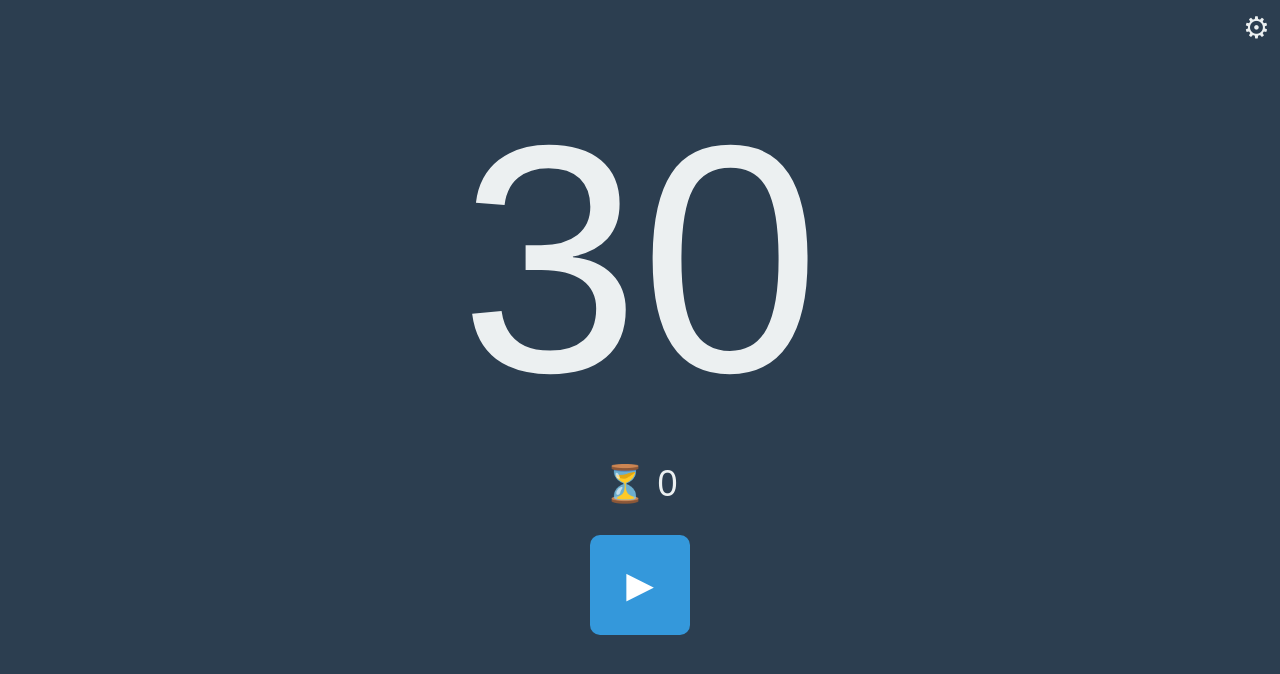
Repository: STnaidoo/poker-shot-clock
Page: index.html
The author's editor kept a copy of each file at every save. The page is drawn from the files as they stood at one save, then again after the next save.
The browser window is 1280 px wide. The pictures show the whole page.

Above is the page before, as saved 2024-10-31 16:23:21.

### index.html
<!DOCTYPE html>
<html>
<head>
    <title>Poker Shot Clock</title>
    <style>
        body {
            position: relative;
            font-family: Arial, sans-serif;
            display: flex;
            flex-direction: column;
            justify-content: center;
            align-items: center;
            background-color: #2c3e50;
            color: #ecf0f1;
            margin: 0;
            padding: 0;
            transition: background-color 0.5s;
            text-align: center;
            height: 100vh;
        }

        #settingsIcon {
            position: absolute;
            top: 10px;
            right: 10px;
            font-size: 30px;
            cursor: pointer;
        }

        #timerContainer {
            position: relative;
            cursor: pointer;
            user-select: none;
            padding: 20px;
            border-radius: 15px;
            border: 2px solid transparent;
            transition: border-color 0.3s, background-color 0.3s;
            display: inline-block;
        }

        #timerContainer:hover {
            border-color: #f1c40f;
            background-color: rgba(241, 196, 15, 0.1);
        }

        #timer {
            font-size: 45vh; /* Increased font size */
            line-height: 1;
            margin: 0;
            color: #ecf0f1;
            transition: color 0.3s;
        }

        #restartHint {
            position: absolute;
            bottom: -40px;
            left: 50%;
            transform: translateX(-50%);
            font-size: 3vh;
            color: #bdc3c7;
            display: none;
        }

        #timerContainer:hover #timer {
            color: #f1c40f;
        }

        #timerContainer:hover #restartHint {
            display: block;
        }

        #timeBanks {
            font-size: 5vh;
            margin-top: 20px;
            display: flex;
            align-items: center;
            justify-content: center;
        }

        #timeBanksIcon {
            font-size: 5vh;
            margin-right: 10px;
        }

        #buttons {
            margin-top: 20px;
            display: flex;
            justify-content: center;
        }

        .button {
            font-size: 5vh;
            width: 100px;
            height: 100px;
            margin: 10px;
            background-color: #3498db;
            border: none;
            color: #fff;
            cursor: pointer;
            border-radius: 10px;
            display: flex;
            align-items: center;
            justify-content: center;
        }

        .button:active {
            background-color: #2980b9;
        }
    </style>
</head>
<body>

    <div id="settingsIcon">⚙</div>

    <div id="timerContainer">
        <div id="timer">30</div>
        <div id="restartHint">Tap to Restart</div>
    </div>

    <div id="timeBanks">
        <div id="timeBanksIcon">⏳</div>
        <div id="timeBanksText">0</div>
    </div>

    <div id="buttons">
        <button id="toggleButton" class="button">▶</button>
    </div>

    <script>
        var timerDisplay = document.getElementById('timer');
        var timeBanksText = document.getElementById('timeBanksText');
        var toggleButton = document.getElementById('toggleButton');
        var settingsIcon = document.getElementById('settingsIcon');
        var restartHint = document.getElementById('restartHint');
        var timerContainer = document.getElementById('timerContainer');

        var timeLeft;
        var initialTime;
        var timerId;
        var isRunning = false;
        var timeBanksOwed = 0;

        // Load the timer duration from localStorage or use default
        if (localStorage.getItem('timerDuration')) {
            initialTime = parseInt(localStorage.getItem('timerDuration'));
        } else {
            initialTime = 30; // default value
        }
        timeLeft = initialTime;
        timerDisplay.textContent = timeLeft;

        toggleButton.addEventListener('click', function() {
            if (!isRunning) {
                timerId = setInterval(countdown, 1000);
                isRunning = true;
                toggleButton.textContent = '⏸';
            } else {
                clearInterval(timerId);
                document.body.style.backgroundColor = '#2c3e50'; // Reset background color
                isRunning = false;
                toggleButton.textContent = '▶';
            }
        });

        timerContainer.addEventListener('click', resetTimer);

        settingsIcon.addEventListener('click', function() {
            window.location.href = 'settings.html';
        });

        function countdown() {
            // Decrement timeLeft
            timeLeft--;

            if (timeLeft >= 0) {
                timerDisplay.textContent = timeLeft;
            }

            if (timeLeft <= 5 && timeLeft >= 0) {
                // Flash red on the second
                document.body.style.backgroundColor = '#e74c3c'; // Flash red
                playTick();

                // Return to original color after half a second
                setTimeout(function() {
                    document.body.style.backgroundColor = '#2c3e50'; // Original color
                }, 500);
            } else {
                // Ensure background color is set to default if not flashing
                document.body.style.backgroundColor = '#2c3e50';
            }

            if (timeLeft < 0) {
                // Time has expired
                timeBanksOwed++;
                updateTimeBanksDisplay();
                playBeep();

                // Reset timer
                timeLeft = initialTime;
                timerDisplay.textContent = timeLeft;
                document.body.style.backgroundColor = '#2c3e50';
            }
        }

        function playBeep() {
            var context = new (window.AudioContext || window.webkitAudioContext)();
            var oscillator = context.createOscillator();
            var gainNode = context.createGain();

            oscillator.type = "triangle";
            oscillator.frequency.setValueAtTime(260, context.currentTime); // Slightly higher frequency

            gainNode.gain.setValueAtTime(1, context.currentTime);
            gainNode.gain.exponentialRampToValueAtTime(0.001, context.currentTime + 0.5); // Smooth fade out

            oscillator.connect(gainNode);
            gainNode.connect(context.destination);

            oscillator.start();
            oscillator.stop(context.currentTime + 0.5); // Longer duration
        }

        function playTick() {
            var context = new (window.AudioContext || window.webkitAudioContext)();
            var oscillator = context.createOscillator();
            oscillator.type = "square";
            oscillator.frequency.setValueAtTime(880, context.currentTime); // Higher frequency for tick
            oscillator.connect(context.destination);
            oscillator.start();
            oscillator.stop(context.currentTime + 0.05); // Tick duration in seconds
        }

        function playRestartSound() {
            var context = new (window.AudioContext || window.webkitAudioContext)();

            // Create a buffer with white noise
            var bufferSize = context.sampleRate * 0.03; // 30ms duration
            var buffer = context.createBuffer(1, bufferSize, context.sampleRate);
            var data = buffer.getChannelData(0);

            for (var i = 0; i < bufferSize; i++) {
                data[i] = (Math.random() * 2 - 1) * Math.pow(1 - i / bufferSize, 2); // Exponential decay
            }

            // First noise burst
            var noise1 = context.createBufferSource();
            noise1.buffer = buffer;
            noise1.connect(context.destination);
            noise1.start(context.currentTime);

            // Second noise burst, shortly after the first
            var noise2 = context.createBufferSource();
            noise2.buffer = buffer;
            noise2.connect(context.destination);
            noise2.start(context.currentTime + 0.2); // 200 milliseconds later
        }

        function resetTimer() {
            clearInterval(timerId);
            timeLeft = initialTime;
            timerDisplay.textContent = timeLeft;
            document.body.style.backgroundColor = '#2c3e50'; // Reset background color
            playRestartSound(); // Play restart sound
            isRunning = true;
            timerId = setInterval(countdown, 1000);
            toggleButton.textContent = '⏸';

            // Reset time banks owed to zero
            timeBanksOwed = 0;
            updateTimeBanksDisplay();
        }

        function updateTimeBanksDisplay() {
            timeBanksText.textContent = timeBanksOwed;
        }
    </script>

</body>
</html>

After the next save:
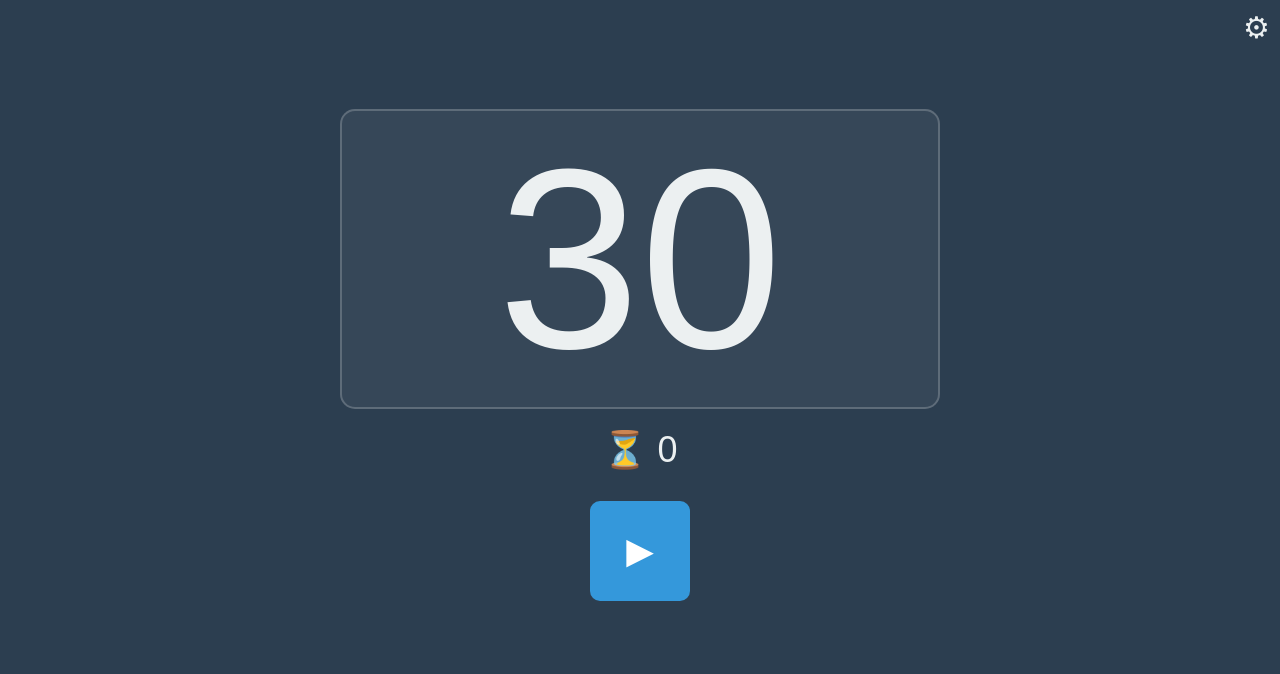
Saved 3 min 32 s later.
--- a/index.html
+++ b/index.html
@@ -33,40 +33,38 @@
             user-select: none;
             padding: 20px;
             border-radius: 15px;
-            border: 2px solid transparent;
+            border: 2px solid rgba(255, 255, 255, 0.2); /* Subtle border always visible */
+            background-color: rgba(255, 255, 255, 0.05); /* Subtle background color always visible */
             transition: border-color 0.3s, background-color 0.3s;
-            display: inline-block;
+            display: flex;
+            align-items: center;
+            justify-content: center;
+            width: 50%;
+            max-width: 600px;
+            min-width: 300px;
+            box-sizing: border-box;
         }
 
         #timerContainer:hover {
-            border-color: #f1c40f;
-            background-color: rgba(241, 196, 15, 0.1);
+            border-color: #f1c40f; /* Highlight border on hover */
+            background-color: rgba(241, 196, 15, 0.1); /* Subtle background highlight on hover */
         }
 
         #timer {
-            font-size: 45vh; /* Increased font size */
+            font-size: 20vw;
             line-height: 1;
             margin: 0;
             color: #ecf0f1;
             transition: color 0.3s;
-        }
-
-        #restartHint {
-            position: absolute;
-            bottom: -40px;
-            left: 50%;
-            transform: translateX(-50%);
-            font-size: 3vh;
-            color: #bdc3c7;
-            display: none;
+            text-align: center;
+            max-width: 100%;
+            overflow: hidden;
+            white-space: nowrap;
+            text-overflow: ellipsis;
         }
 
         #timerContainer:hover #timer {
             color: #f1c40f;
-        }
-
-        #timerContainer:hover #restartHint {
-            display: block;
         }
 
         #timeBanks {
@@ -114,7 +112,6 @@
 
     <div id="timerContainer">
         <div id="timer">30</div>
-        <div id="restartHint">Tap to Restart</div>
     </div>
 
     <div id="timeBanks">
@@ -131,7 +128,6 @@
         var timeBanksText = document.getElementById('timeBanksText');
         var toggleButton = document.getElementById('toggleButton');
         var settingsIcon = document.getElementById('settingsIcon');
-        var restartHint = document.getElementById('restartHint');
         var timerContainer = document.getElementById('timerContainer');
 
         var timeLeft;
